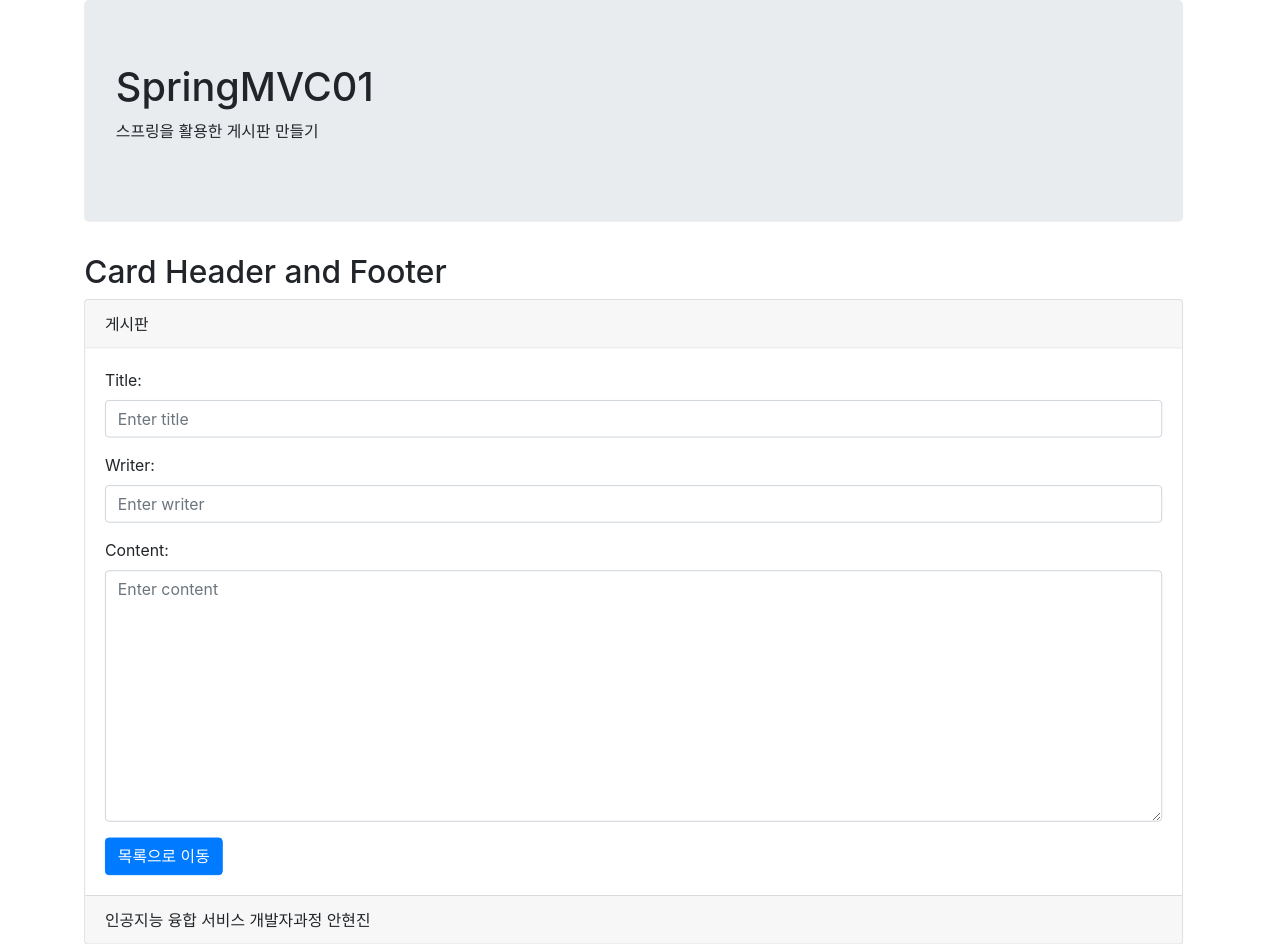
Repository: JangGunWook/Spring_webStudy
Page: http://localhost/SpringMVC01/WEB-INF/views/boardDetail.jsp
These files come from the project's save history. The page is drawn as it stood at one moment and after the next save; the edit follows.
The browser window is 1280 px wide. The pictures show the whole page, at 99% of full size.
The page is served by Tomcat 9. Nobody is signed in. Other server files are loaded and not shown. The template is opened directly, without the code that normally fills it, so the values that code supplies are empty.

Above is the page before, as saved 2023-10-18 00:29:38.

### SpringMVC01/src/main/webapp/WEB-INF/views/boardDetail.jsp
<%@ page language="java" contentType="text/html; charset=UTF-8"
	pageEncoding="UTF-8"%>
<!DOCTYPE html>
<html lang="en">
<head>
<title>Bootstrap Example</title>
<meta charset="utf-8">
<meta name="viewport" content="width=device-width, initial-scale=1">
<link rel="stylesheet"
	href="https://cdn.jsdelivr.net/npm/bootstrap@4.6.2/dist/css/bootstrap.min.css">
<script
	src="https://cdn.jsdelivr.net/npm/jquery@3.6.4/dist/jquery.min.js"></script>
<script
	src="https://cdn.jsdelivr.net/npm/popper.js@1.16.1/dist/umd/popper.min.js"></script>
<script
	src="https://cdn.jsdelivr.net/npm/bootstrap@4.6.2/dist/js/bootstrap.bundle.min.js"></script>
</head>
<body>

	<div class="container">
		<div class="jumbotron">
			<h1>SpringMVC01</h1>
			<p>스프링을 활용한 게시판 만들기</p>
		</div>

		<h2>Card Header and Footer</h2>
		<div class="card">
			<div class="card-header">게시판</div>
			<div class="card-body">

				<form action="write" method="post">
					<div class="form-group">
						<label for="title">Title:</label>
						<input value="${detail.title}" name = "title" type="text" class="form-control" placeholder="Enter title" id="title">
					</div>
					<div class="form-group">
						<label for="writer">Writer:</label>
						 <input value="${detail.writer}" name="writer" type="text" class="form-control" placeholder="Enter writer" id="writer">
					</div>
					<div class="form-group">
						<label for="content">Content:</label>
						 <textarea rows="10" name="content" class="form-control" placeholder="Enter content" id="content">${detail.content}</textarea>
					</div>
					<a  class="btn btn-primary" href="list">목록으로 이동</a>
				</form>

			</div>
			<div class="card-footer">인공지능 융합 서비스 개발자과정 안현진</div>
		</div>

	</div>

</body>
</html>

After the next save:
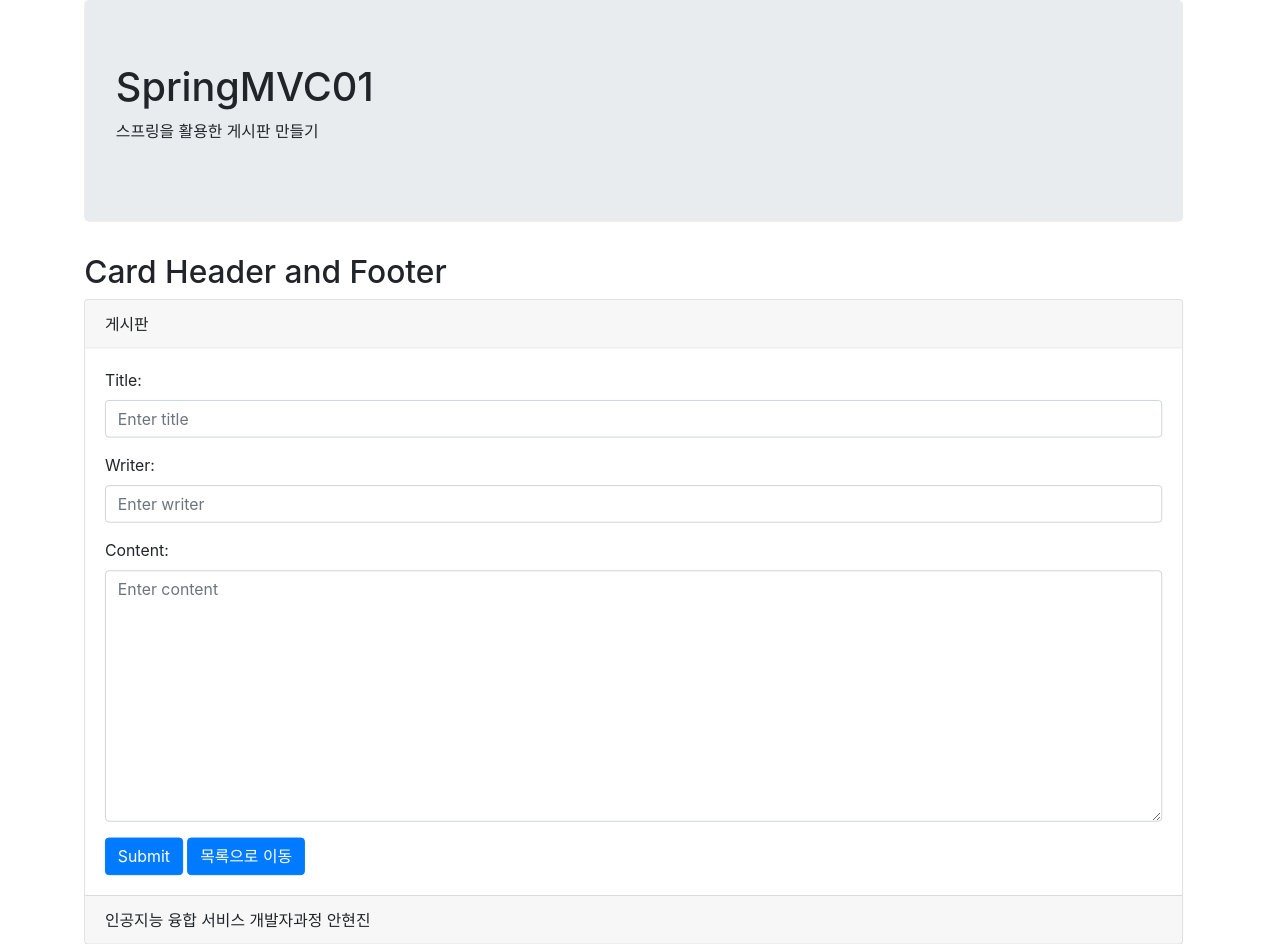
Saved 8 min 49 s later.
--- a/SpringMVC01/src/main/webapp/WEB-INF/views/boardDetail.jsp
+++ b/SpringMVC01/src/main/webapp/WEB-INF/views/boardDetail.jsp
@@ -28,7 +28,7 @@
 			<div class="card-header">게시판</div>
 			<div class="card-body">
 
-				<form action="write" method="post">
+				<form action="update" method="post">
 					<div class="form-group">
 						<label for="title">Title:</label>
 						<input value="${detail.title}" name = "title" type="text" class="form-control" placeholder="Enter title" id="title">
@@ -41,6 +41,7 @@
 						<label for="content">Content:</label>
 						 <textarea rows="10" name="content" class="form-control" placeholder="Enter content" id="content">${detail.content}</textarea>
 					</div>
+					<button type="submit" class="btn btn-primary">Submit</button>
 					<a  class="btn btn-primary" href="list">목록으로 이동</a>
 				</form>
 
